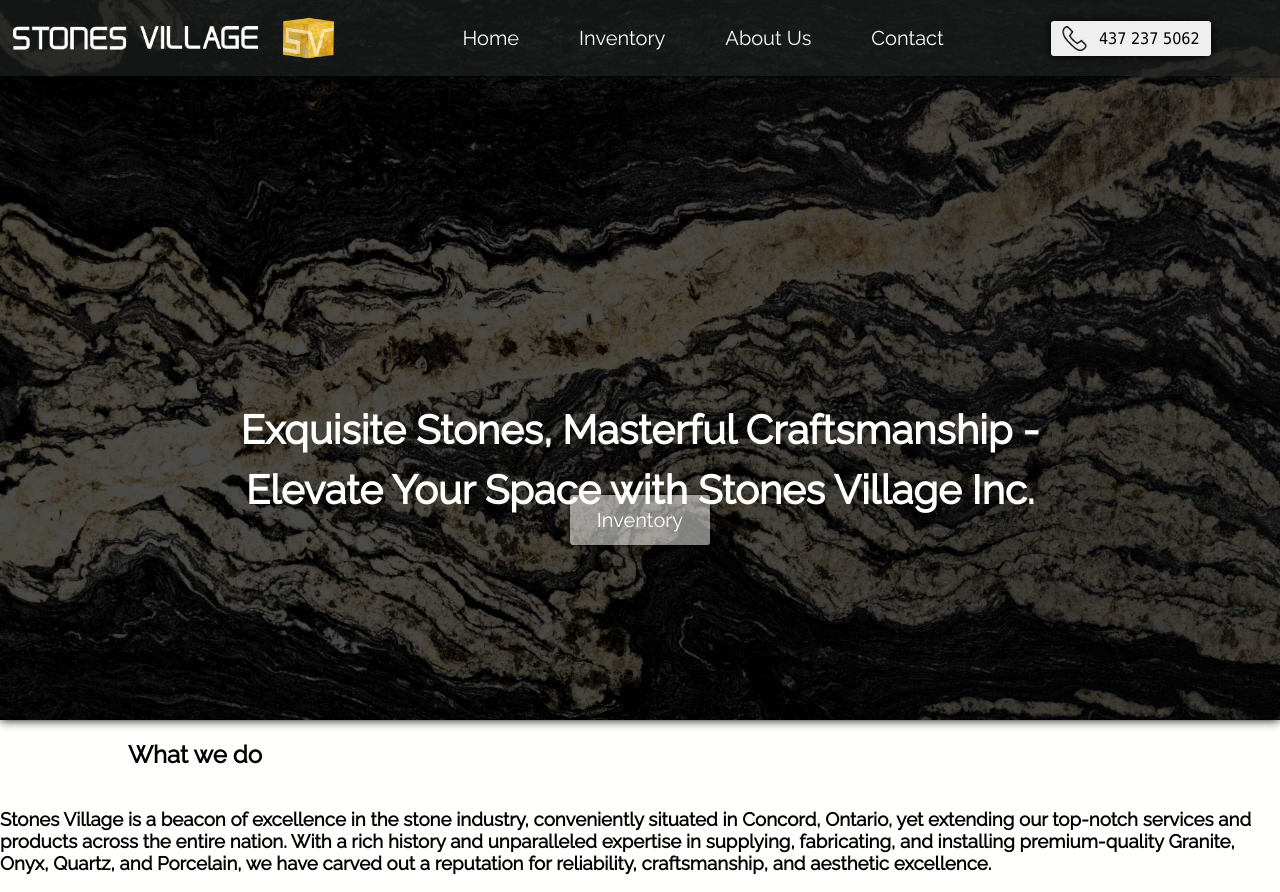
Repository: shayanabedi98/Stones-Village
Page: index.html
The author's editor kept a copy of each file at every save. The page is drawn from the files as they stood at one save, then again after the next save.
The browser window is 1280 px wide. The pictures show the whole page.
Backgrounds fixed to the window are drawn as part of the page.

Above is the page before, as saved 2023-10-22 16:14:25.

After the next save:
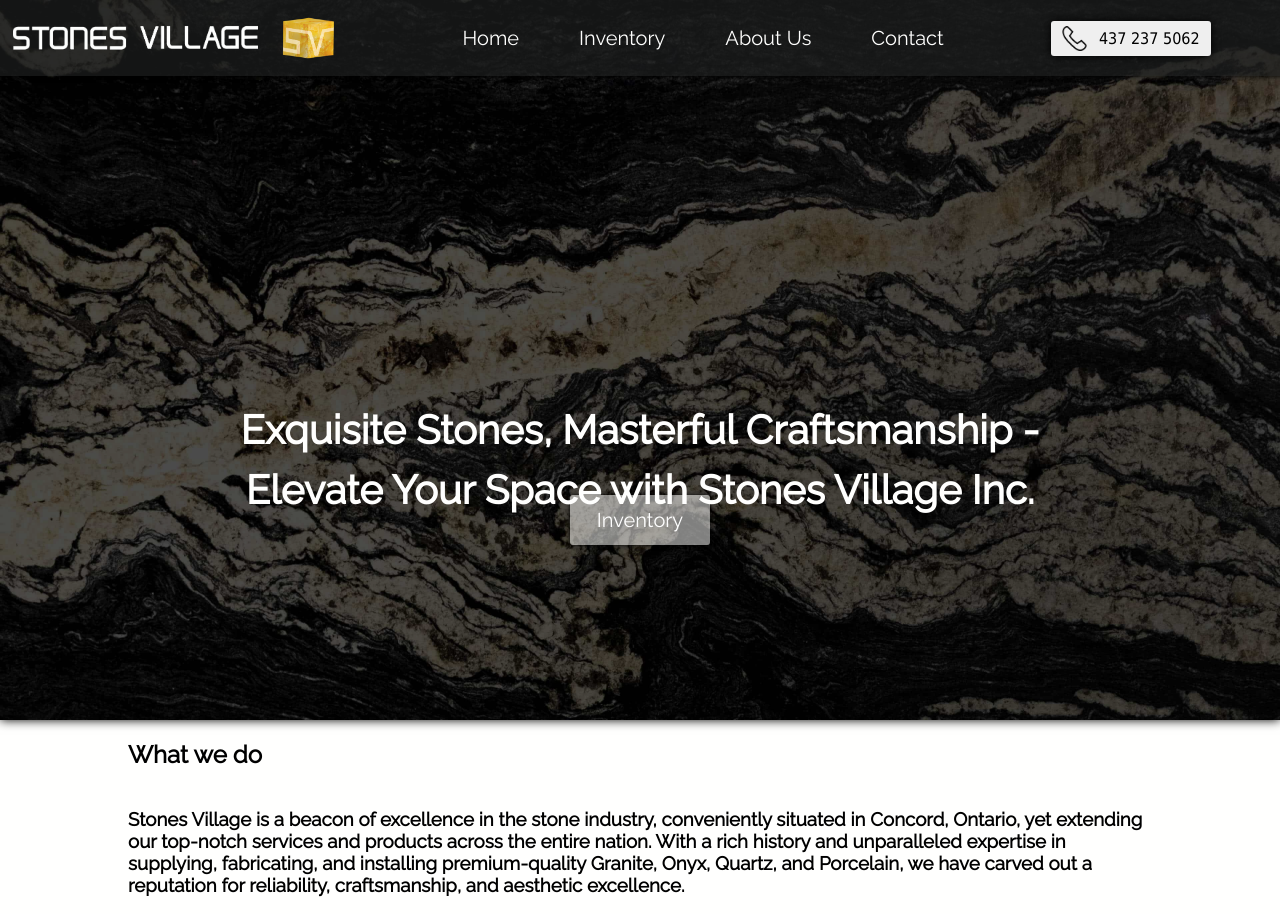
Saved 7 s later.
--- a/styles.css
+++ b/styles.css
@@ -156,6 +156,6 @@ body {
     justify-items: center;
 }
 
-.services-container h2 {
+.services-container h2, h3 {
     width: 80%;
 }
